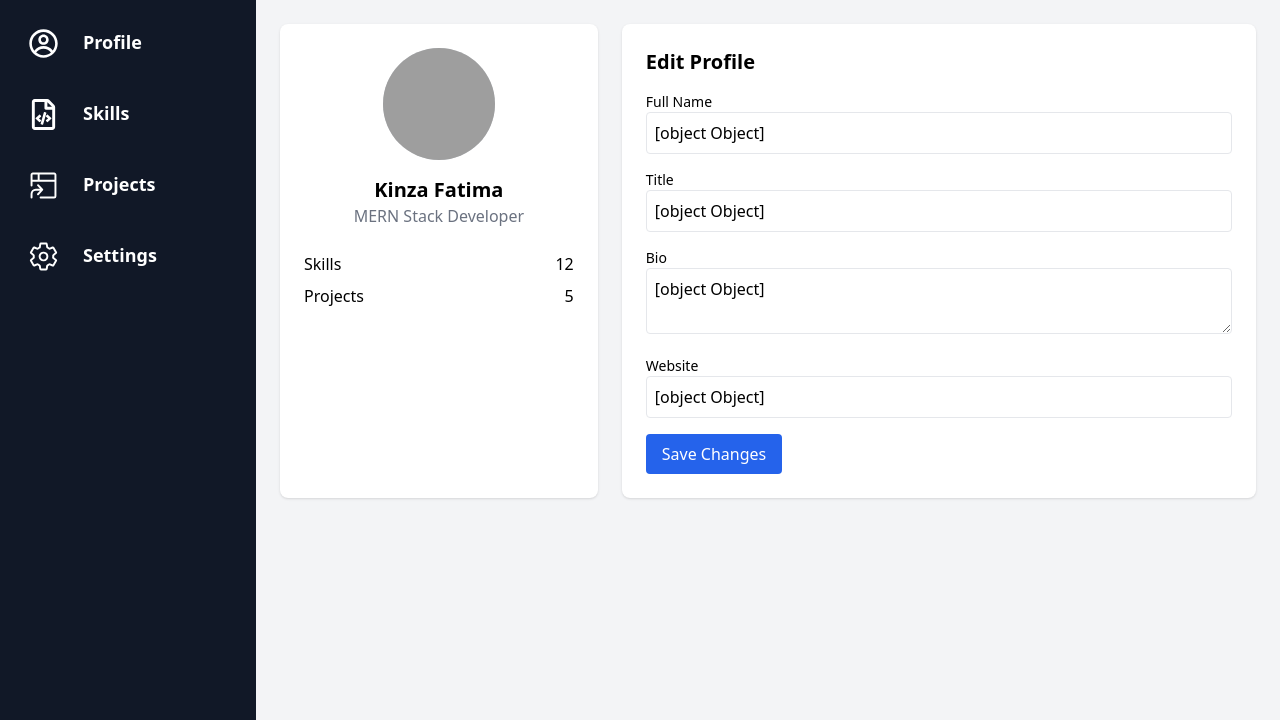
Repository: alizey12/DevLinker-Developer-Portfolio-Builder
Page: /dashboard/profile
These files come from the project's save history. The page is drawn as it stood at one moment and after a run of saves; the edit follows.
The browser window is 1280 px wide. The pictures show the whole page.
Pictures or frames that could not be fetched are drawn as grey boxes. The project was rebuilt for these pictures with package versions that can differ from the ones it lists, and the page was loaded fresh each time. Also part of the build but not shown: vite.config.js, src/Pages/Login.jsx, src/Pages/Signup.jsx, src/Pages/Portfolio.jsx, src/Pages/Page404.jsx, src/Pages/Dashboard/Skills.jsx, src/Pages/Dashboard/Project.jsx, src/Pages/Dashboard/Setting.jsx.

Above is the page before, as saved 2025-06-28 21:29:08.

### src/main.jsx
import { StrictMode } from 'react'

import { createRoot } from 'react-dom/client'
import './index.css'
import App from './App.jsx'
import { BrowserRouter } from 'react-router'

createRoot(document.getElementById('root')).render(
  <StrictMode>
  <BrowserRouter>
    <App />
    </BrowserRouter>
  </StrictMode>,
)

### src/App.jsx
import AppRoutes from "./Routes/AppRoutes";

function App() {
  return (
    <>
<AppRoutes />
    </>
  )
}

export default App

### src/Routes/AppRoutes.jsx
import React from 'react';
import { Routes, Route } from 'react-router';

import DashboardLayout from '../Components/Layout/DashboardLayout';
import Login from '../Pages/Login';
import Signup from '../Pages/Signup';
import Portfolio from '../Pages/Portfolio';
import Page404 from "../Pages/Page404";

import Profile from '../Pages/Dashboard/Profile';
import Skills from '../Pages/Dashboard/Skills';
import Projects from '../Pages/Dashboard/Project';
import Settings from '../Pages/Dashboard/Setting';

const AppRoutes = () => {
  return (
    <Routes>
      {/* Public Routes */}
      <Route path='/' element={<Login />} />
      <Route path='/signup' element={<Signup />} />
      <Route path='/portfolio/:username' element={<Portfolio />} />

      {/* Dashboard Routes */}
      <Route path='/dashboard' element={<DashboardLayout />}>
        <Route path="profile" element={<Profile />} />
        <Route path="skills" element={<Skills />} />
        <Route path="projects" element={<Projects />} />
        <Route path="settings" element={<Settings />} />
      </Route>

      {/* 404 Page */}
      <Route path='*' element={<Page404 />} />
    </Routes>
  );
};

export default AppRoutes;

### src/Components/Layout/DashboardLayout.jsx
import React from 'react'
import { Outlet } from 'react-router'
import Sidebar from '../Sidebar'

const DashboardLayout = () => {
  return (
    <div className="flex min-h-screen">
      {/* Sidebar on the left */}
      <Sidebar />

      {/* Main content */}
      <main className="flex-1 p-6 bg-gray-100">
        <Outlet />
      </main>
    </div>
  )
}

export default DashboardLayout

### src/Pages/Dashboard/Profile.jsx
import React, { useState } from 'react'



const Profile = () => {
  const [formData, setFormData] = useState({
    name: '',
  title: '',
  bio: '',
  website: '',
  });
  function handleInput(e) {
    setFormData([...formData])
  }
  return (
    <div className="flex flex-col md:flex-row gap-6">
      {/* Left: Profile Card */}
      <div className="w-full md:w-1/3 bg-white p-6 rounded-lg shadow">
        <img
          src="https://static.vecteezy.com/system/resources/previews/036/473/336/original/ai-generated-asian-girl-as-a-modern-day-tech-entrepreneur-on-transparent-background-png.png"
          alt="Avatar"
          className="w-28 h-28 bg-gray-300 rounded-full mx-auto"
        />
        <h2 className="text-center text-xl font-semibold mt-4">Kinza Fatima</h2>
        <p className="text-center text-gray-500">MERN Stack Developer</p>

        {/* Stats */}
        <div className="mt-6 space-y-2">
          <div className="flex justify-between">
            <span>Skills</span>
            <span>12</span>
          </div>
          <div className="flex justify-between">
            <span>Projects</span>
            <span>5</span>
          </div>
        </div>
      </div>

      {/* Right: Edit Form */}
      <div className="w-full md:w-2/3 bg-white p-6 rounded-lg shadow">
        <h2 className="text-xl font-semibold mb-4">Edit Profile</h2>
        <form className="space-y-4">
          <div>
            <label className="block text-sm font-medium">Full Name</label>
            <input value={formData} onChange={(e)=>handleInput(e.target.value)} type="text" className="w-full border p-2 rounded" />
          </div>
          <div>
            <label className="block text-sm font-medium">Title</label>
            <input value={formData} onChange={(e)=>handleInput(e.target.value)} type="text" className="w-full border p-2 rounded" />
          </div>
          <div>
            <label className="block text-sm font-medium">Bio</label>
            <textarea value={formData} onChange={(e)=>handleInput(e.target.value)} className="w-full border p-2 rounded"></textarea>
          </div>
          <div>
            <label className="block text-sm font-medium">Website</label>
            <input value={formData} onChange={(e)=>handleInput(e.target.value)} type="url" className="w-full border p-2 rounded" />
          </div>
          <button onsu className="bg-blue-600 text-white px-4 py-2 rounded">Save Changes</button>
        </form>
      </div>
    </div>
  )
}

export default Profile

### src/Components/Sidebar.jsx
import React from 'react'
import { NavLink } from 'react-router'
import { CgProfile } from "react-icons/cg";
import { FaRegFileCode } from "react-icons/fa";
import { GoProjectSymlink } from "react-icons/go";
import { IoSettingsOutline } from "react-icons/io5";

const Sidebar = () => {
  return (
    <div>
      <aside className="w-64 min-h-screen bg-gray-900 text-white p-4">
  <ul className="space-y-4">
    <li className='flex '><CgProfile className='p-3' size={55}/> <NavLink className='p-3 font-semibold text-lg' to="profile">Profile</NavLink></li>
    <li className='flex'><FaRegFileCode className='p-3' size={55}/> <NavLink className='p-3 font-semibold text-lg'  to="skills">Skills</NavLink></li>
    <li className='flex'><GoProjectSymlink  className='p-3' size={55}/> <NavLink className='p-3 font-semibold text-lg'  to="projects">Projects</NavLink> </li>
    <li className='flex'><IoSettingsOutline className='p-3' size={55} /> <NavLink className='p-3 font-semibold text-lg'  to="settings">Settings</NavLink></li>
  </ul>
</aside>

    </div>
  )
}

export default Sidebar

Loaded but not shown: index.html (common file); src/index.css (common file); tailwind.config.js (common file)

After the next 3 saves:
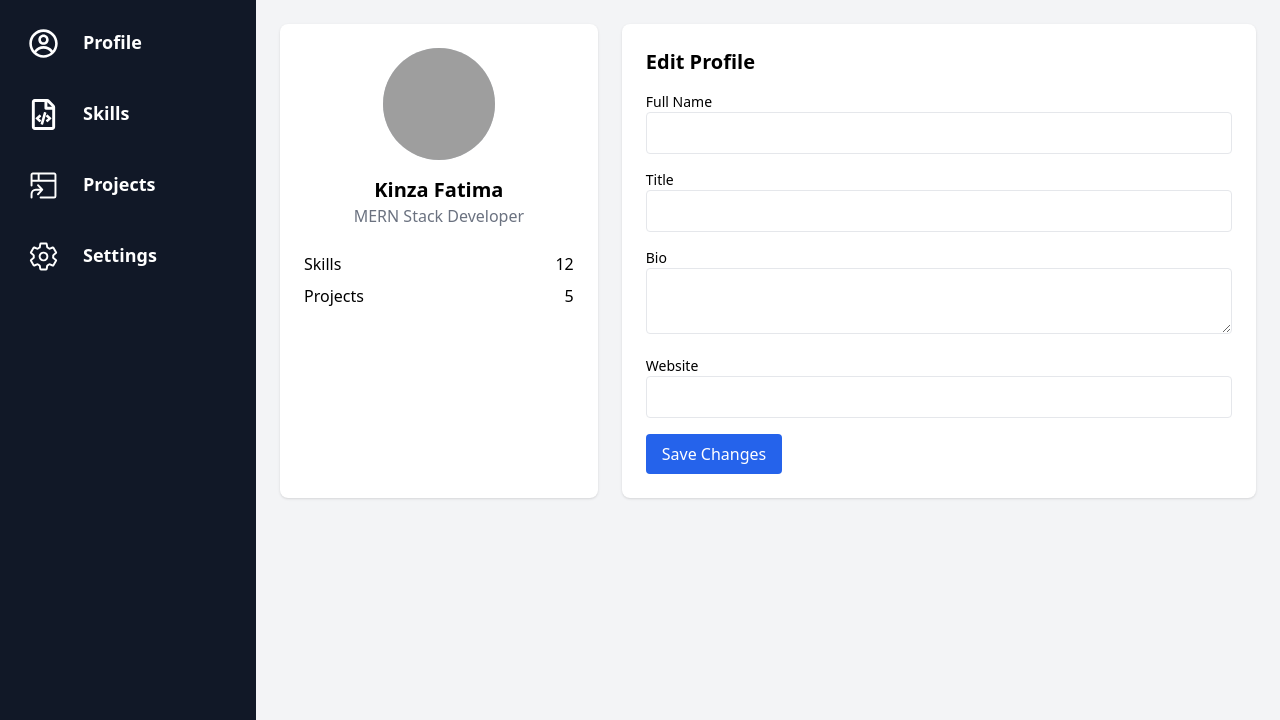
The 3 saves are shown as one change because they came seconds apart.
The last was saved 47 s later.
--- a/src/Pages/Dashboard/Profile.jsx
+++ b/src/Pages/Dashboard/Profile.jsx
@@ -43,19 +43,19 @@ const Profile = () => {
         <form className="space-y-4">
           <div>
             <label className="block text-sm font-medium">Full Name</label>
-            <input value={formData} onChange={(e)=>handleInput(e.target.value)} type="text" className="w-full border p-2 rounded" />
+            <input value={formData.value} onChange={(e)=>handleInput(e.target.value)} type="text" className="w-full border p-2 rounded" />
           </div>
           <div>
             <label className="block text-sm font-medium">Title</label>
-            <input value={formData} onChange={(e)=>handleInput(e.target.value)} type="text" className="w-full border p-2 rounded" />
+            <input value={formData.value} onChange={(e)=>handleInput(e.target.value)} type="text" className="w-full border p-2 rounded" />
           </div>
           <div>
             <label className="block text-sm font-medium">Bio</label>
-            <textarea value={formData} onChange={(e)=>handleInput(e.target.value)} className="w-full border p-2 rounded"></textarea>
+            <textarea value={formData.value} onChange={(e)=>handleInput(e.target.value)} className="w-full border p-2 rounded"></textarea>
           </div>
           <div>
             <label className="block text-sm font-medium">Website</label>
-            <input value={formData} onChange={(e)=>handleInput(e.target.value)} type="url" className="w-full border p-2 rounded" />
+            <input value={formData.value} onChange={(e)=>handleInput(e.target.value)} type="url" className="w-full border p-2 rounded" />
           </div>
           <button onsu className="bg-blue-600 text-white px-4 py-2 rounded">Save Changes</button>
         </form>
